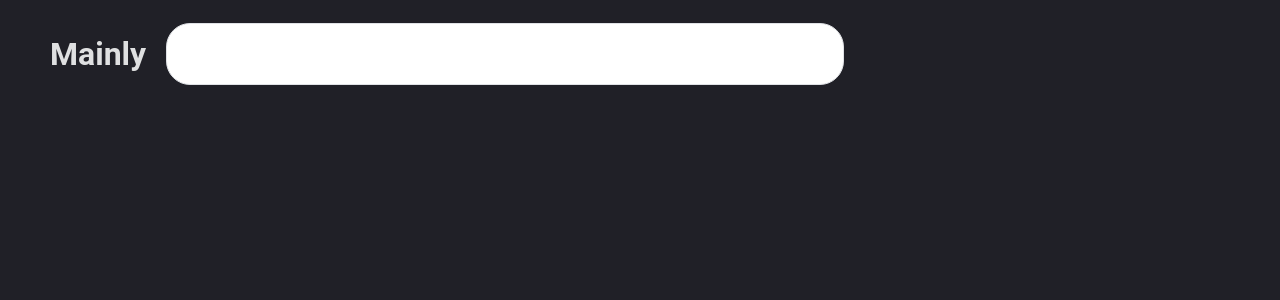
Repository: M1NARTY/WebProgramming
Page: feelLuck.html
These files come from the project's save history. The page is drawn as it stood at one moment and after the next save; the edit follows.
The browser window is 1280 px wide. The pictures show the whole page.

Above is the page before, as saved 2023-12-18 00:37:03.

### feelLuck.html
<!DOCTYPE html>
<html lang="ko">
    <head>
        <meta charset="UTF-8">
        <title>Mainly Dude</title>
        <link rel="stylesheet" href="feelLuck.css">
        <style>

        </style>
    </head>
    <body style="background-color:#202027">
        <div class="top">
            <h1>Mainly</h1>
            <div class="box"></div>
        </div>
    </body>
</html>

### feelLuck.css
body {
    height: 100%;
    margin: 0;
}

.top {
    display: flex;
    align-items: center; /* 세로 중앙 정렬을 위해 추가 */
    height: 15vh; /* 화면 전체 높이를 차지하도록 설정 */
}

.top h1  {
    font-family: "Roboto";
    color: #dfe0e1;
    margin-left: 50px;
}

/* .box {
    display: inline-block;
    width: 616px;
    margin: 20px;
    padding : 30px;
    border : 1px solid #DFE1E5;
    border-radius : 24px;
    background: #FFF;
    height: 100%;
} */

.box {
    width: 616px;
    margin: 20px;
    padding: 30px;
    border: 1px solid #DFE1E5;
    border-radius: 24px;
    background: #FFF;
}

After the next save:
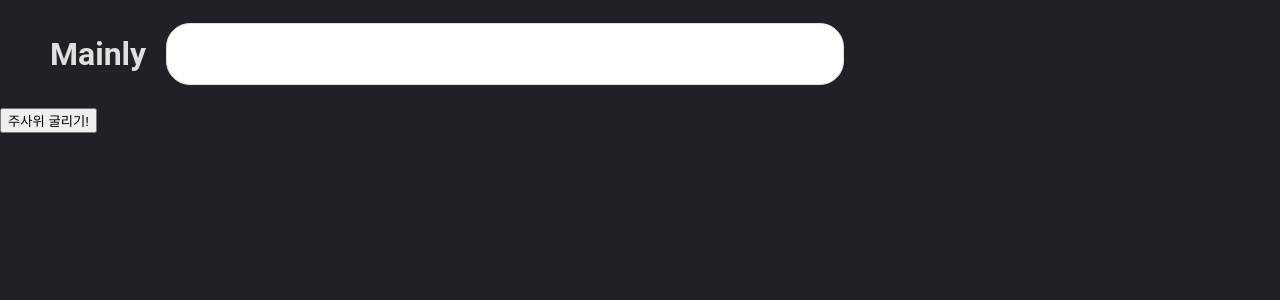
Saved 117 s later.
--- a/feelLuck.html
+++ b/feelLuck.html
@@ -13,5 +13,8 @@
             <h1>Mainly</h1>
             <div class="box"></div>
         </div>
+        <div class="game">
+            <button id="rollDice" type="button">주사위 굴리기!</button>
+        </div>
     </body>
 </html>
